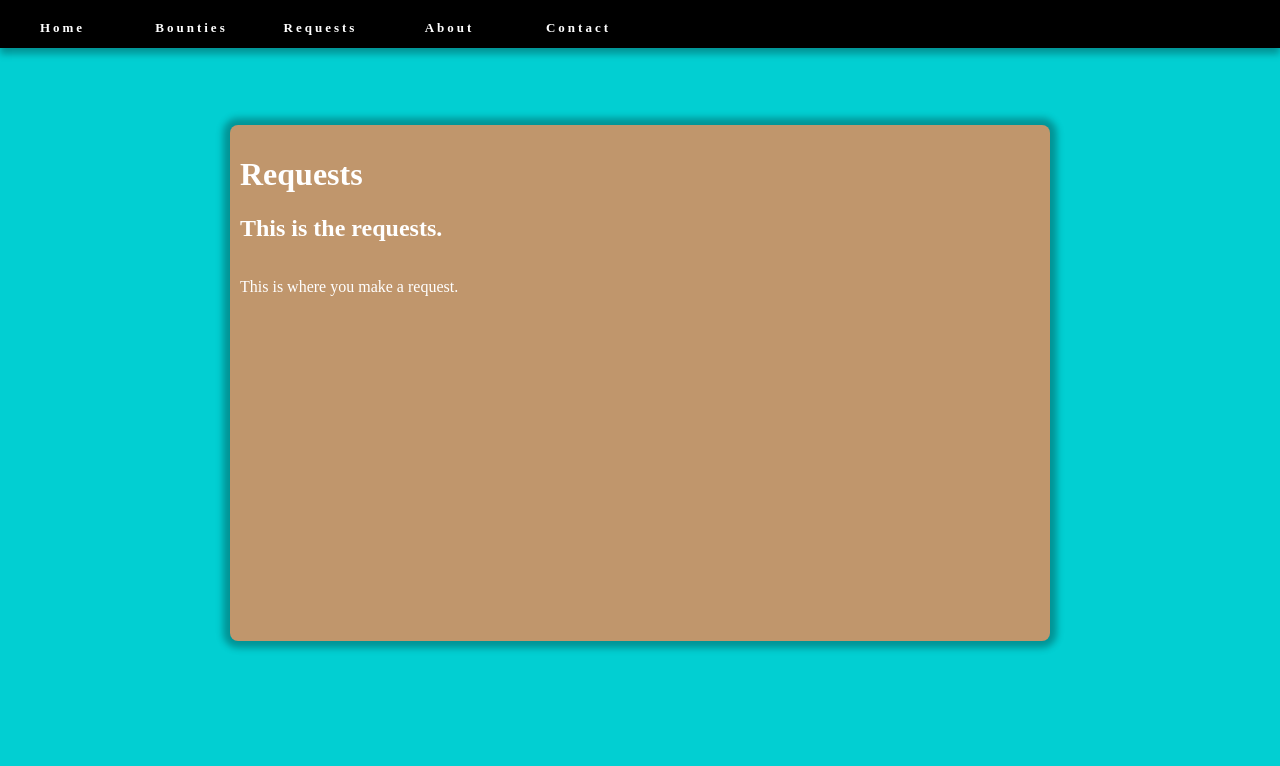
Repository: mailog/Tomorrow
Page: http://localhost/requests
The author's editor kept a copy of each file at every save. The page is drawn from the files as they stood at one save, then again after the next save.
The browser window is 1280 px wide. The pictures show the whole page.
The page is this project's Thymeleaf template; nobody is signed in. The template is opened directly, without the code that normally fills it, so the values that code supplies are empty.

Above is the page before, as saved 2017-07-27 02:57:47.

### Tomorrow/src/main/resources/templates/requests.html
<!DOCTYPE html>
<html>
<head>
<title>Requests</title>
<link rel="stylesheet" type="text/css" href="/css/toolbar.css" />
<link rel="stylesheet" type="text/css" href="/css/requests.css" />
</head>
<body>

<div class = "toolbar">
	<a href = "/">
		<button class = "tool_button"> Home </button>
	</a>
	<a href = "/bounties">
		<button class = "tool_button"> Bounties </button>
	</a>
	<a href = "/requests">
		<button class = "tool_button"> Requests </button>
	</a>
	<a href = "/about">
		<button class = "tool_button"> About </button>
	</a>
	<a href = "/contact">
		<button class = "tool_button"> Contact </button>
	</a>
</div>

<div id = "requests">
	<h1>Requests</h1>
	<h2>This is the requests.</h2>
	<p>This is where you make a request.</p>
</div>
</body>
</html>

### Tomorrow/src/main/resources/static/css/toolbar.css
/*------------------STATIC------------------*/
/*------------------------------------------*/

/*-------------------BODY-------------------*/

	body{
		background-color: #02CFD2;
		color: white;
	}


/*------------------------------------------*/

/*---------------TOOLBAR--------------------*/
	.toolbar{
		width:100%;
		height: 48px;
		z-index: 1;
		opacity: 1;
		position: absolute;
		left: 0px;
		top: 0px;
		float: center;
		padding 0 0 0 0;
		margin-left:auto;
		margin-right:auto;
		background-color: black;
		-webkit-box-shadow: 0px 6px 7px 0px rgba(0,0,0,0.29);
		-moz-box-shadow: 0px 6px 7px 0px rgba(0,0,0,0.29);
		box-shadow: 0px 6px 7px 0px rgba(0,0,0,0.29);
	}

	.tool_button{
		height: 35px;
		width: 125px;
		display:inline;
		background-color: black;
		color:white;
		padding: 0px;
		font-family: Browalia-New;
		font-size: 13px;
		font-weight:bold;
		letter-spacing: 3px;
		border:none;
		cursor: pointer;
		margin-top: 10px;
		margin-bottom: 6px;
		margin-right: 0px;
		margin-left: 0px;
		border-bottom-style: none;
		text-decoration:none;
	}

	.tool_button:hover{
		text-decoration:none;
		border-bottom-style: solid;
		border-bottom-width:3px;
		border-bottom-color:#FFFFFF;
	}

	.toolbar a{
		text-decoration:none;
	}

/*------------------------------------------*/

/*-----------------BUTTONS------------------*/
	.introbtn{}

	.tutorialbtn{
	}

	.registerbtn{
	}

/*------------------------------------------*/

/*------------------INFO--------------------*/

/*------------------------------------------*/

### Tomorrow/src/main/resources/static/css/requests.css
#requests
{
	border-radius:8px;
	background-color:#C0966C;
	position: relative;
	margin: 125px auto;
	color:white;
	height:496px;
	width: 800px;
	padding: 10px;
	-webkit-box-shadow: 0px 0px 7px 7px rgba(0,0,0,0.29);
	-moz-box-shadow: 0px 0px 7px 7px rgba(0,0,0,0.29);
	box-shadow: 0px 0px 7px 7px rgba(0,0,0,0.29);
}

#column1
{
	height:100%;
	width:45%;
	float:left;
}
#column2
{
	height:100%;
	width:45%;
	float:right;
}

#requests p
{
	display:inline-block;
}

.inp_title
{
	display:block;
	width: 300px;
	height:25px;
}

.inp_criteria
{
	display:block;
	width: 300px;
	height: 150px;
}

.inp_description
{
	display:block;
	width: 300px;
	height: 150px;
}

.inp_value
{
	display:block;
	width:300px;
	height: 25px;
}

.inp_expiration
{
	display:block;
	width:300px;
	height:25px;
}

.submit_button
{
	margin-top: 25px;
	display:block;
	background-color:white;
	color: black;
	cursor:pointer;
	text-decoration:none;
}

After the next save:
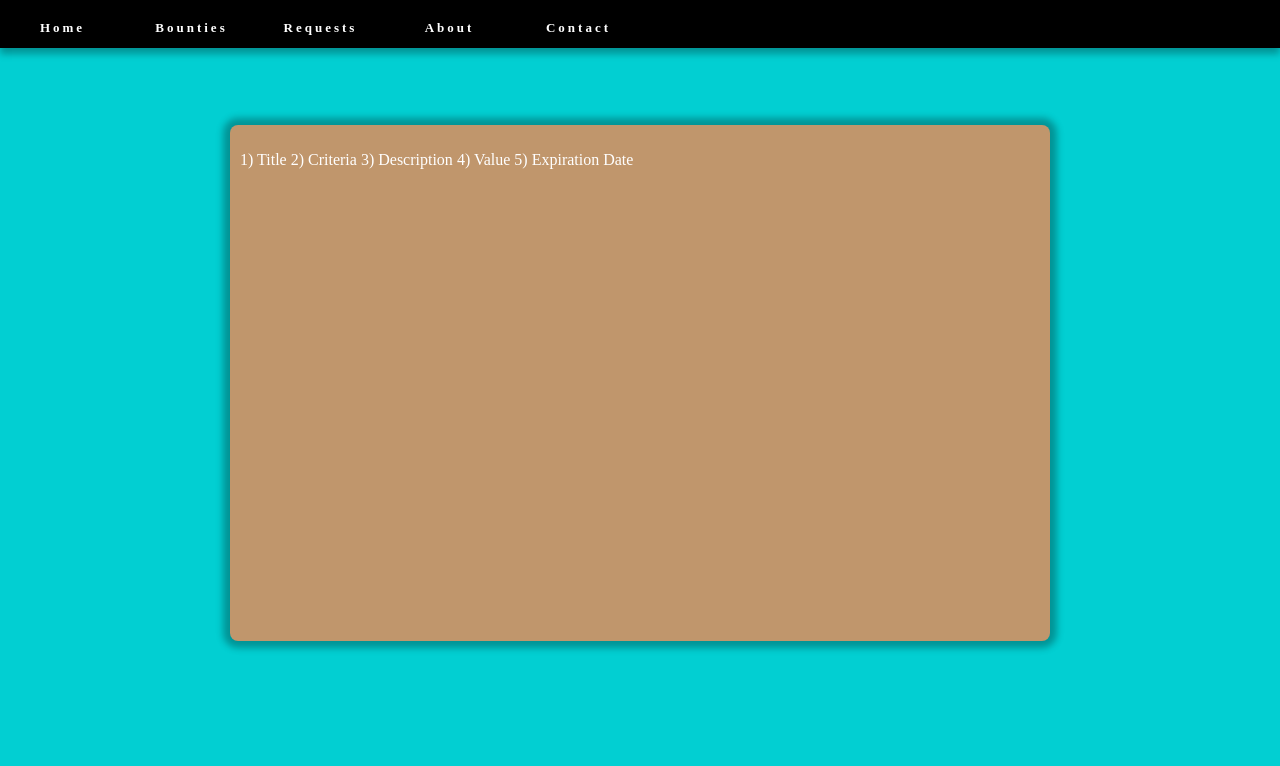
Saved 9 min 38 s later.
--- a/Tomorrow/src/main/resources/templates/requests.html
+++ b/Tomorrow/src/main/resources/templates/requests.html
@@ -26,9 +26,11 @@
 </div>
 
 <div id = "requests">
-	<h1>Requests</h1>
-	<h2>This is the requests.</h2>
-	<p>This is where you make a request.</p>
+	<p>1) Title</p>
+	<p>2) Criteria</p>
+	<p>3) Description</p>
+	<p>4) Value</p>
+	<p>5) Expiration Date </p>
 </div>
 </body>
 </html>
